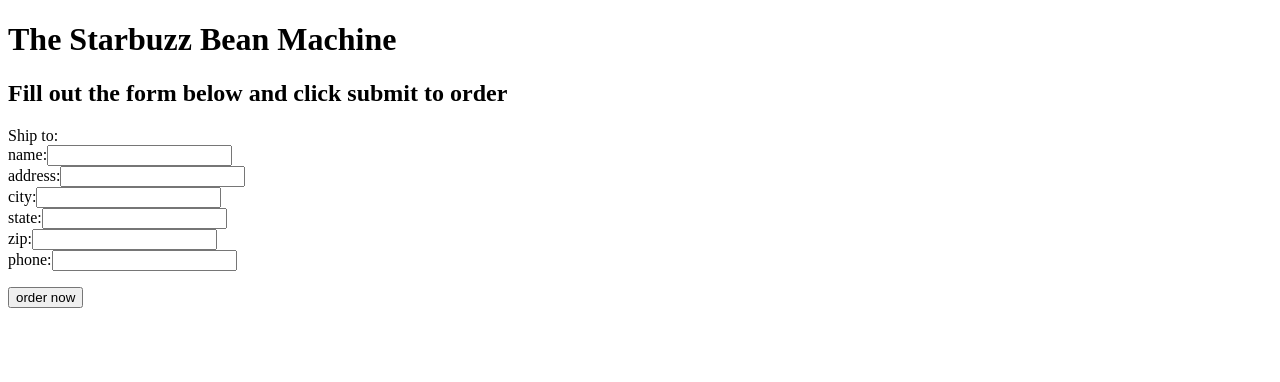
Repository: Dearning/head-first-html-css
Page: chapter14/starbuzz/form.html
These files come from the project's save history. The page is drawn as it stood at one moment and after the next save; the edit follows.
The browser window is 1280 px wide. The pictures show the whole page.

Above is the page before, as saved 2021-09-29 19:43:42.

After the next save:
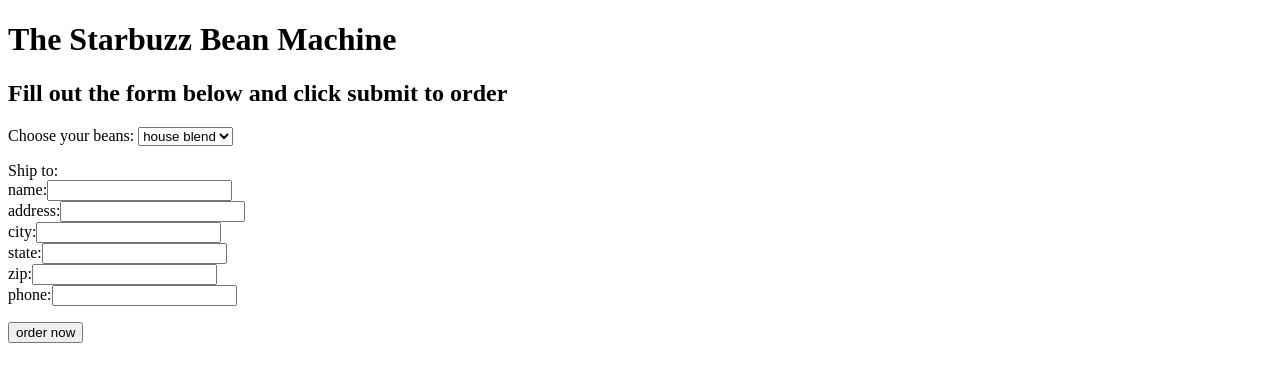
Saved 2 min 56 s later.
--- a/chapter14/starbuzz/form.html
+++ b/chapter14/starbuzz/form.html
@@ -9,6 +9,15 @@
     <h1>The Starbuzz Bean Machine</h1>
     <h2>Fill out the form below and click submit to order</h2>
     <form action="http://starbuzzcoffee.com/processorder.php" method="POST">
+      <p>
+        Choose your beans:
+        <select name="beans" id="beans">
+          <option value="house blend">house blend</option>
+          <option value="shade">shade</option>
+          <option value="gua">gua</option>
+          <option value="ken">ken</option>
+        </select>
+      </p>
       <p>
         Ship to: <br>
         name:<input type="text" name="name"><br>
